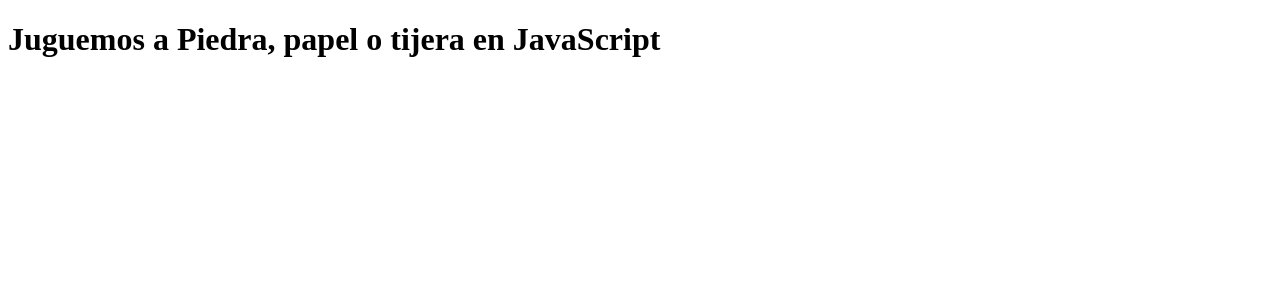
Repository: Melire/Melisa-Javascript
Page: index.html
The author's editor kept a copy of each file at every save. The page is drawn from the files as they stood at one save, then again after the next save.
The browser window is 1280 px wide. The pictures show the whole page.

Above is the page before, as saved 2023-05-28 18:53:25.
Console error: ReferenceError: array is not defined

### index.html
<!DOCTYPE html>
<html lang="es">
<head>
    <meta charset="UTF-8">
    <meta http-equiv="X-UA-Compatible" content="IE=edge">
    <meta name="viewport" content="width=device-width, initial-scale=1.0">
    <title>Javascript</title>
    <style>
        /*este es lenguaje de css*/
    </style>
</head>
<body>
    <h1>Juguemos a Piedra, papel o tijera en JavaScript</h1>


    <script>
        // esto es lenguaje de js
    </script>
    <script src="main.js"></script>
</body>
</html>

### main.js
/*alert("Hola Mundo!!");

console.log("Hola, estoy aqui");

document.write("esto se escribe en el documento");

// Variables

/*
string miNombre = "Gisele";
miNombre : string = "Milagros";

var miEdad = 34; // una variable de tipo global, su scope es global, y definiendo una variable y le asigno un valor

var nombreForm = "" ;
var mailForm = "";
var comentarioForm = "";
var contrasenia = "";
var mi_apellido = "";// declarar una variable estoy creando la cajita,pero no le asigne ningun valor

console.log(nombreForm);

nombreForm = '';
nombreForm = 34;
console.log(nombreForm);

let miNombre ;
console.log(miNombre);

const pi = 3.1416;

let verdad = false; //

let numeroString= "5";
let numeroString2 = "10";

let suma = parseFloat(numeroString) + parseInt(numeroString2);
console.log(suma);

*/
/*
if (condicion1){
    if(condicion2){
        if(condicion3){
            if(condicion4){
                console.log("voy al cine");
            }
        }
    }
}

if ( ((llueve) && (tengo paraguas) && (tengo ganas) ) || (pasan rapido y furioso 10)    ){
    console.log("voy al cine");
} */

let numero = 6;
/*
if(numero === 4){
    console.log("es 4");
}

if (numero === 5){
    console.log("es 5");
}
console.log("pedro alfonso");
if(numero === 8){
    console.log("es 8");
}

if (numero === 6){
    console.log("es 6");
}

if( numero !== 6 ){
    console.log("es diferente de 6, el numero es:" + numero);

}else
{
    console.log("es igual a 6");
}

if (numero !==0) {
    console.log("es diferente de 0, el numero es:" + numero);
}
*/


    // como pedirle al usuario que ingrese informacion con js



    const elementsppt = ["Piedra", "Papel", "Tijera"];
    const randomElement = array[Math.floor(Math.random() * array.length)];
    const random = Math.floor(Math.random() * elements.length);
    console.log(random, elements[random]);



    let eleccionMaquina = elements;
    let eleccionUsuario = prompt("ingrese piedra, papel o tijera");

After the next save:
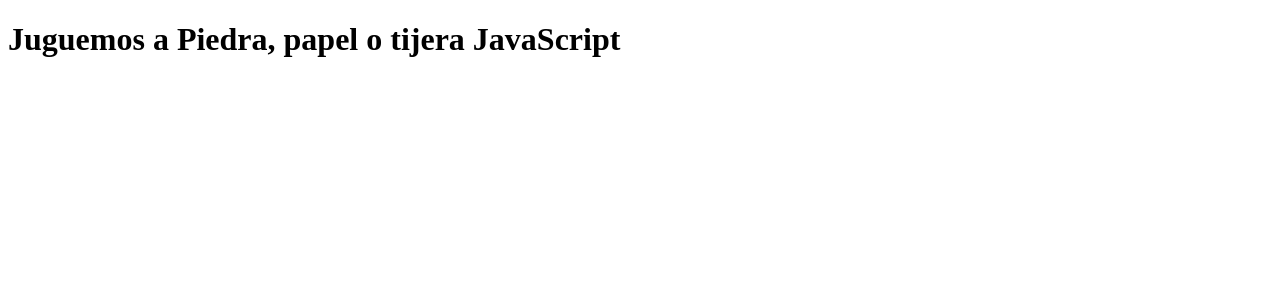
Saved 19 s later.
--- a/index.html
+++ b/index.html
@@ -10,7 +10,7 @@
     </style>
 </head>
 <body>
-    <h1>Juguemos a Piedra, papel o tijera en JavaScript</h1>
+    <h1>Juguemos a Piedra, papel o tijera  JavaScript</h1>
 
 
     <script>
